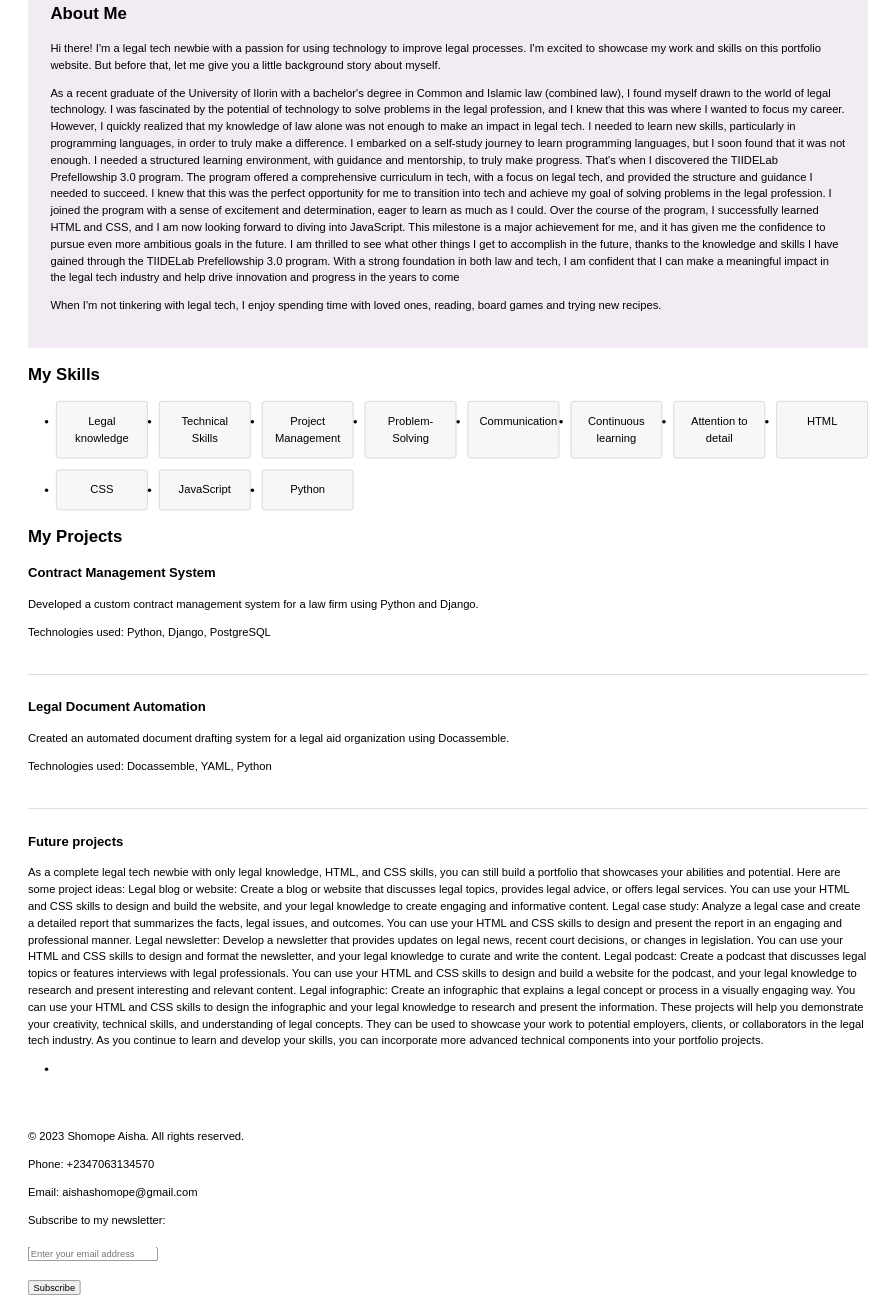
Repository: Iyewande/AishasPortfolio
Page: Index.html
An editor plug-in stored every save of this project. The page is shown before and after the next save, followed by the edit.
The browser window is 1280 px wide. The pictures show the part of the page from y = 757 to 2677 px (the page is 2636 px tall before and 2677 px after), at 70% of full size.

Above is the page before, as saved 2023-04-30 21:58:40.

### Index.html
<!DOCTYPE html>
<html lang="en">
    <head>
        <meta charset="UTF-8">
        <meta http-equiv="X-UA-Compatible" content="IE=edge">
        <meta name="viewport" content="width=device-width, initial-scale=1.0">
        <title>My Legal Tech Portfolio</title>
        <link rel="stylesheet" href="Style.css">
    </head>
    <body>
        <!-- This HTML code creates a simple portfolio website with three main sections: About Me, My Projects, and My Skills.
            The navigation menu allows visitors to easily navigate between the sections of the website. The CSS styling for
            this website is located in a separate style.css file. -->
        <header>
            <h1> Aisha Shomope's Legal Tech Portfolio </h1>
            <nav>
                <ul>
                    <li><a href="#about">About Me</a></li>
                    <li><a href="#skills">My Skills</a></li>
                    <li><a href="#projects">My Projects</a></li>
                    <li><a href="https://www.linkedin.com/in/shomope-aisha-ayobola/">LinkedIn</a></li>
                    <li><a href="https://twitter.com/ShomopeAisha">Twitter</a></li>
                  </ul>
            </nav>
        </header>
        <main>
            <section id="about">
                <div class="main-container"></div>
                <img src="E17CF07F-F5B1-4C94-9C3E-8D25C5FEC29B.jpg" alt="A picture of me" height="500" width="500">
                <h2>About Me</h2>
                <p>Hi there! I'm a legal tech newbie with a passion for using technology to improve legal processes. I'm excited to
                    showcase my work and skills on this portfolio website. But before that, let me give you a little background story about myself.</p>
                <article>
                    As a recent graduate of the University of Ilorin with a bachelor's degree in Common and Islamic law (combined law), I found myself drawn to the world of legal technology. I was fascinated by the potential of technology to solve problems in the legal profession, and I knew that this was where I wanted to focus my career.
                    However, I quickly realized that my knowledge of law alone was not enough to make an impact in legal tech. I needed to learn new skills, particularly in programming languages, in order to truly make a difference. I embarked on a self-study journey to learn programming languages, but I soon found that it was not enough. I needed a structured learning environment, with guidance and mentorship, to truly make progress.
                    That's when I discovered the TIIDELab Prefellowship 3.0 program. The program offered a comprehensive curriculum in tech, with a focus on legal tech, and provided the structure and guidance I needed to succeed. I knew that this was the perfect opportunity for me to transition into tech and achieve my goal of solving problems in the legal profession.
                    I joined the program with a sense of excitement and determination, eager to learn as much as I could. Over the course of the program, I successfully learned HTML and CSS, and I am now looking forward to diving into JavaScript. This milestone is a major achievement for me, and it has given me the confidence to pursue even more ambitious goals in the future.
                    I am thrilled to see what other things I get to accomplish in the future, thanks to the knowledge and skills I have gained through the TIIDELab Prefellowship 3.0 program. With a strong foundation in both law and tech, I am confident that I can make a meaningful impact in the legal tech industry and help drive innovation and progress in the years to come</article>
                <p>When I'm not tinkering with legal tech, I enjoy spending time with loved ones, reading, board games and trying new recipes.</p>
              </section>
              <section id="skills">
                <div class="main-container"></div>
                <h2>My Skills</h2>
                <ul>
                    <li>Legal knowledge</li>
                    <li>Technical Skills</li>
                    <li>Project Management</li>
                    <li>Problem-Solving</li>
                    <li>Communication</li>
                    <li>Continuous learning</li>
                    <li>Attention to detail</li>
                    <li>HTML</li>
                    <li>CSS</li>
                    <li>JavaScript</li>
                    <li>Python</li>
                </ul>
              </section>
              <section id="projects">
                <div class="main-container"></div>
                <h2>My Projects</h2>
                <ul>
                  <li>
                    <h3>Contract Management System</h3>
                    <p>Developed a custom contract management system for a law firm using Python and Django.</p>
                    <p>Technologies used: Python, Django, PostgreSQL</p>
                  </li>
                  <li>
                    <h3>Legal Document Automation</h3>
                    <p>Created an automated document drafting system for a legal aid organization using Docassemble.</p>
                    <p>Technologies used: Docassemble, YAML, Python</p>
                  </li>
                </ul>
              </section>
              <section>
                <h3>Future projects</h3>
                As a complete legal tech newbie with only legal knowledge, HTML, and CSS skills, you can still build a portfolio that showcases your abilities and potential. Here are some project ideas:
Legal blog or website: Create a blog or website that discusses legal topics, provides legal advice, or offers legal services. You can use your HTML and CSS skills to design and build the website, and your legal knowledge to create engaging and informative content.
Legal case study: Analyze a legal case and create a detailed report that summarizes the facts, legal issues, and outcomes. You can use your HTML and CSS skills to design and present the report in an engaging and professional manner.
Legal newsletter: Develop a newsletter that provides updates on legal news, recent court decisions, or changes in legislation. You can use your HTML and CSS skills to design and format the newsletter, and your legal knowledge to curate and write the content.
Legal podcast: Create a podcast that discusses legal topics or features interviews with legal professionals. You can use your HTML and CSS skills to design and build a website for the podcast, and your legal knowledge to research and present interesting and relevant content.
Legal infographic: Create an infographic that explains a legal concept or process in a visually engaging way. You can use your HTML and CSS skills to design the infographic and your legal knowledge to research and present the information.
These projects will help you demonstrate your creativity, technical skills, and understanding of legal concepts. They can be used to showcase your work to potential employers, clients, or collaborators in the legal tech industry. As you continue to learn and develop your skills, you can incorporate more advanced technical components into your portfolio projects.
                <ul>
                    <li>

                    </li>
                </ul>
              </section>

        </main>
        <footer>
            <div class="footer-container">
                <p>&copy; 2023 Shomope Aisha. All rights reserved.</p>
                <div class="contact">
                    <p>Phone: +2347063134570</p>
                    <p>Email: aishashomope@gmail.com</p>
                </div>
                <form action="#" method="post">
                    <label for="subscribe">Subscribe to my newsletter:</label>
                    <br><br>
                    <input type="email" id="subscribe" name="subscribe" placeholder="Enter your email address">
                    <br><br>
                    <button type="submit">Subscribe</button>
                </form>
            </div>
        </footer>
    </body>
</html>

### Style.css
/* Global styles */
/* This CSS file defines styles for the entire website, as well as specific styles for the different sections of the website.
For example, the header element has a dark background color and white text color, while the #skills section uses a grid layout
to display a list of skills. These styles are used to enhance the design and usability of the website.*/

/* body {
    font-family: Arial, sans-serif;
    font-size: 16px;
    line-height: 1.5;
    margin: 0;
    padding: 0;
  }

  h1, h2, h3 {
    font-family: 'Montserrat', sans-serif;
  }

  header {
    background-color: #333;
    color: #fff;
    display: flex;
    justify-content: space-between;
    padding: 1em;
  }

  nav ul {
    display: flex;
    list-style: none;
    margin: 0;
    padding: 0;
  }

  nav ul li {
    margin-right: 1em;
  }

  nav ul li a {
    color: #fff;
    text-decoration: none;
  }

  nav ul li a:hover {
    text-decoration: underline;
  }

  section {
    margin: 2em 0;
  }

  /* Specific styles */

  #about {
    background-color: rgb(243, 235, 243);
    padding: 2em;
  }

  #about p {
    margin-bottom: 1em;
  }

  #projects ul {
    list-style: none;
    margin: 0;
    padding: 0;
  }

  #projects li {
    border-bottom: 1px solid #ccc;
    margin-bottom: 2em;
    padding-bottom: 2em;
  }

  #projects h3 {
    margin-top: 0;
  }

  #projects p {
    margin-bottom: 1em;
  }

  #skills ul {
    display: grid;
    grid-template-columns: repeat(auto-fit, minmax(120px, 1fr));
    grid-gap: 1em;
  }

  #skills li {
    background-color: #f7f7f7;
    border: 1px solid #ccc;
    border-radius: 4px;
    padding: 1em;
    text-align: center;
  }
   */
  /* Global Styles */
* {
    box-sizing: border-box;
    margin: 0;
    padding: 0;
}

body {
    font-family: Arial, sans-serif;
    font-size: 16px;
    line-height: 1.5;
}

header, main, footer {
    max-width: 1200px;
    margin: 0 auto;
    padding: 20px;
}

/* Header Styles */
header {
    background-color: rgb(34, 4, 63);
    color: #fff;
}

.header-container {
    display: flex;
    justify-content: space-between;
    align-items: center;
}

nav ul {
    display: flex;
    list-style: none;
}

nav ul li {
    margin: 0 10px;
}

nav ul li a {
    color: #fff;
    text-decoration: none;
}

nav ul li a:hover {
    text-decoration: underline;
}

After the next save:
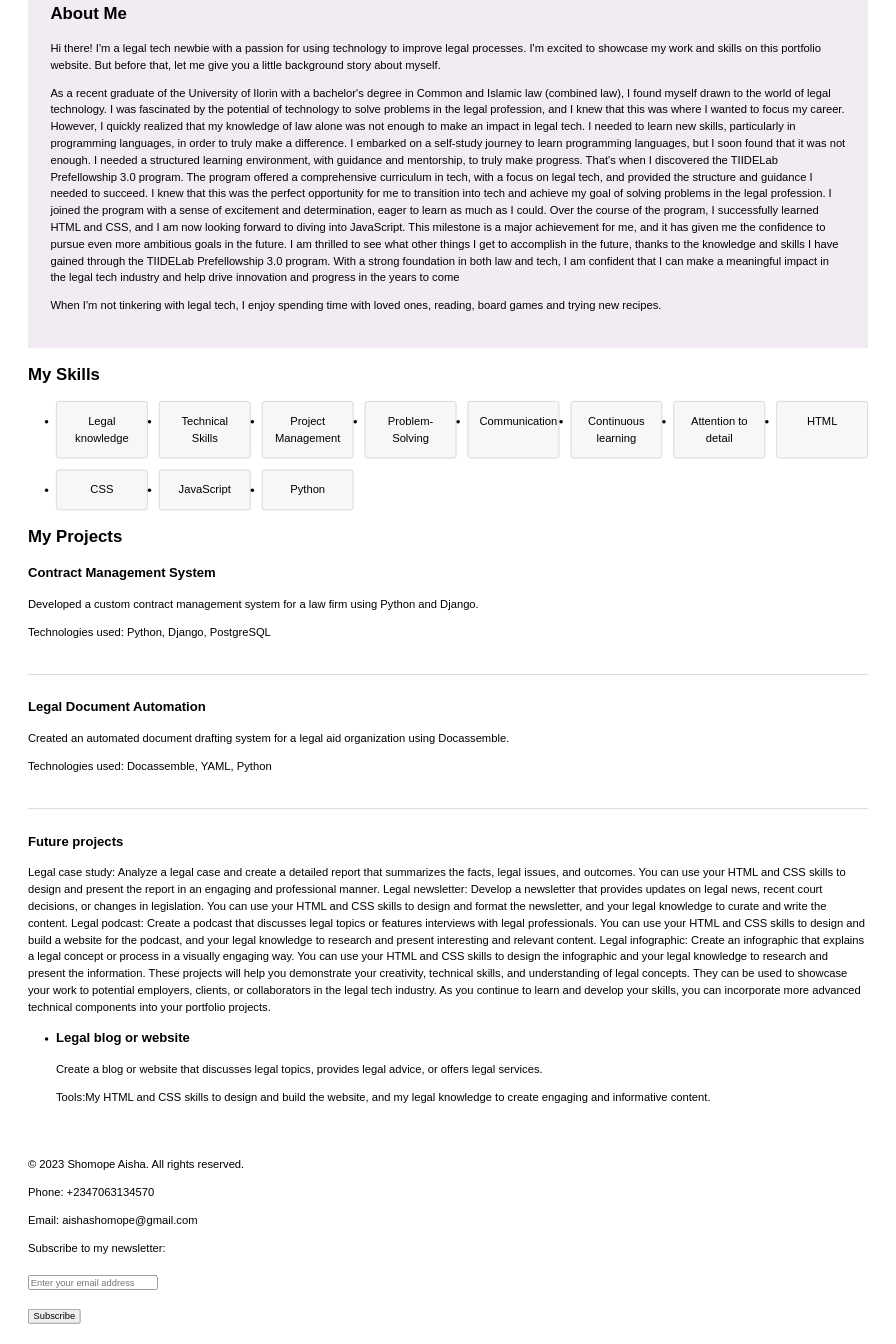
Saved 4 min 41 s later.
--- a/Index.html
+++ b/Index.html
@@ -73,8 +73,9 @@
               </section>
               <section>
                 <h3>Future projects</h3>
-                As a complete legal tech newbie with only legal knowledge, HTML, and CSS skills, you can still build a portfolio that showcases your abilities and potential. Here are some project ideas:
-Legal blog or website: Create a blog or website that discusses legal topics, provides legal advice, or offers legal services. You can use your HTML and CSS skills to design and build the website, and your legal knowledge to create engaging and informative content.
+                <!-- As a complete legal tech newbie with only legal knowledge, HTML, and CSS skills, you can still build a portfolio
+                       that showcases your abilities and potential. Here are some project ideas: -->
+
 Legal case study: Analyze a legal case and create a detailed report that summarizes the facts, legal issues, and outcomes. You can use your HTML and CSS skills to design and present the report in an engaging and professional manner.
 Legal newsletter: Develop a newsletter that provides updates on legal news, recent court decisions, or changes in legislation. You can use your HTML and CSS skills to design and format the newsletter, and your legal knowledge to curate and write the content.
 Legal podcast: Create a podcast that discusses legal topics or features interviews with legal professionals. You can use your HTML and CSS skills to design and build a website for the podcast, and your legal knowledge to research and present interesting and relevant content.
@@ -82,7 +83,10 @@ Legal infographic: Create an infographic that explains a legal concept or proces
 These projects will help you demonstrate your creativity, technical skills, and understanding of legal concepts. They can be used to showcase your work to potential employers, clients, or collaborators in the legal tech industry. As you continue to learn and develop your skills, you can incorporate more advanced technical components into your portfolio projects.
                 <ul>
                     <li>
-
+                        <h3>Legal blog or website</h3>
+                        <p>Create a blog or website that discusses legal topics, provides legal advice, or offers legal services.</p>
+                        <p>Tools:My HTML and CSS skills to design and build the website, and my legal knowledge to create
+                            engaging and informative content.</p>
                     </li>
                 </ul>
               </section>
